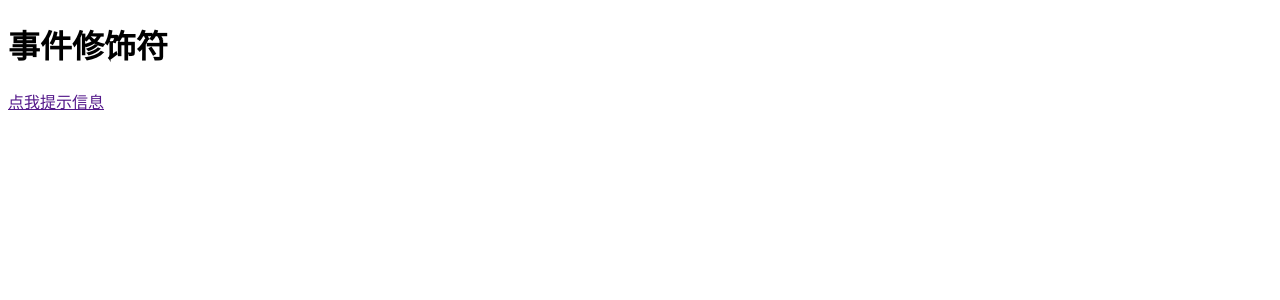
Repository: ldqml/project
Page: vue/vuehtml/xiushifu.html
These files come from the project's save history. The page is drawn as it stood at one moment and after the next save; the edit follows.
The browser window is 1280 px wide. The pictures show the whole page.

Above is the page before, as saved 2022-07-29 14:39:21.

### vue/vuehtml/xiushifu.html
<!DOCTYPE html>
<html lang="en">
<head>
    <meta charset="UTF-8">
    <meta http-equiv="X-UA-Compatible" content="IE=edge">
    <meta name="viewport" content="width=device-width, initial-scale=1.0">
    <title>Document</title>
    <script src="../vuejs/vue.js"></script>

</head>
<body>
    <div id="root">
        <h1>事件修饰符</h1>
        <a href="">点我提示信息</a>
    </div>
    <script>
        Vue.config.productionTip=false
        const vm =new Vue({
            el:'#root',
            data:{
                url:'www.baidu.com'
            }
        })
    </script>
</body>
</html>

Loaded but not shown: vue/vuejs/vue.js (library)

After the next save:
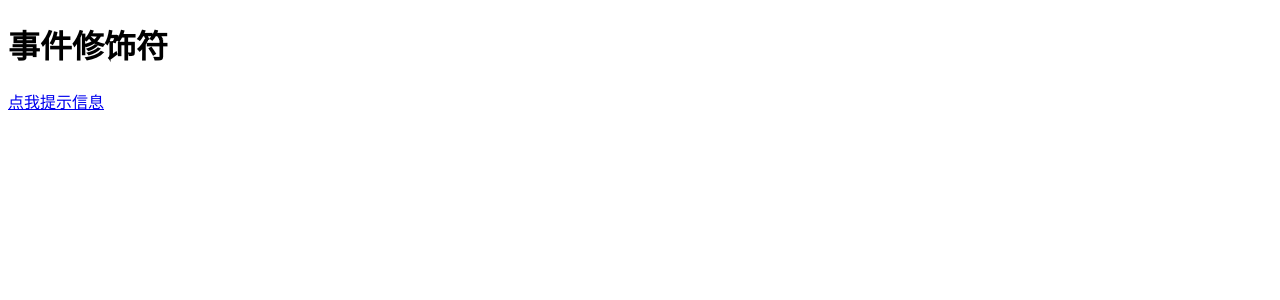
Saved 38 s later.
--- a/vue/vuehtml/xiushifu.html
+++ b/vue/vuehtml/xiushifu.html
@@ -11,7 +11,7 @@
 <body>
     <div id="root">
         <h1>事件修饰符</h1>
-        <a href="">点我提示信息</a>
+        <a :href="url" @click='dianji'>点我提示信息</a>
     </div>
     <script>
         Vue.config.productionTip=false
